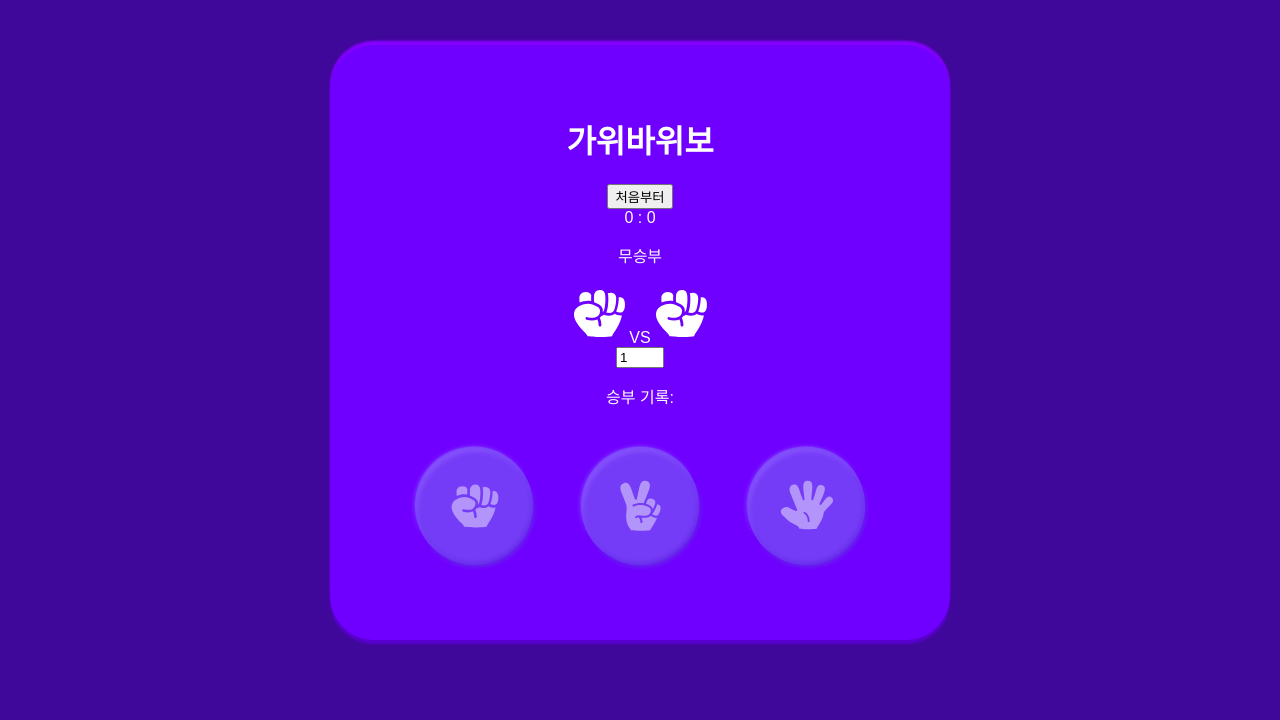
Repository: HI-CLAIRE/s.s.a.f.y_java
Page: / (app in codeit/rock-scissor-paper/)
These files come from the project's save history. The page is drawn as it stood at one moment and after the next save; the edit follows.
The browser window is 1280 px wide. The pictures show the whole page.
The project was rebuilt for these pictures with package versions that can differ from the ones it lists, and the page was loaded fresh each time.

Above is the page before, as saved 2022-12-16 17:48:00.

### codeit/rock-scissor-paper/public/index.html
<!DOCTYPE html>
<html lang="ko">
  <head>
    <meta charset="utf-8" />
    <title>가위바위보</title>
    <style>
      body {
        background-color: #40089a;
        color: #fff;
      }
    </style>
  </head>
  <body>
    <div id="root"></div>
  </body>
</html>

### codeit/rock-scissor-paper/src/App.js
import Button from "./Button";
import HandButton from "./HandButton";
import HandIcon from "./HandIcon";
import { compareHand, generateRandomHand } from "./utils";
import { useState } from "react";
import './App.css';

function getResult(me, other) {
  const comparison = compareHand(me, other);
  if (comparison > 0) return "승리";
  if (comparison < 0) return "패배";
  return "무승부";
}
const INITIAL_VALUE = "rock";

function App() {
  const [hand, setHand] = useState(INITIAL_VALUE);
  const [otherHand, setOtherHand] = useState(INITIAL_VALUE);
  const [gameHistory, setGameHistory] = useState([]); // 기록
  const [score, setScore] = useState(0); // 내 점수
  const [otherScore, setOtherScore] = useState(0); // 상대편 점수
  const [bet, setBet] = useState(1); // 베팅점수

  const handleButtonClick = (nextHand) => {
    const nextOtherHand = generateRandomHand();
    const nextHistoryItem = getResult(hand, otherHand);
    const comparison = compareHand(nextHand, nextOtherHand);

    setHand(nextHand);
    setOtherHand(nextOtherHand);
    setGameHistory([...gameHistory, nextHistoryItem]);
    if (comparison > 0) setScore(score + bet); // 내가 이겼을 때
    if (comparison < 0) setOtherScore(otherScore + bet); // 상대가 이겼을 때
  };

  const handleClearClick = () => {
    setHand(INITIAL_VALUE);
    setOtherHand(INITIAL_VALUE);
    setGameHistory([]);
    setScore(0);
    setOtherScore(0);
    setBet(1);
  };

  // 베팅 핸들러 함수
const handleBetChange = (e) => {
  let num = Number(e.target.value);
  if (num > 9) num %= 10; // 1과 9 사이의 숫자로 만들어 줌
  if (num < 1) num = 1;
  num = Math.floor(num);
  setBet(num);
};

  return (
    <div className="App">
      <div>
        <h1>가위바위보</h1>
      </div>
      <Button onClick={handleClearClick}>처음부터</Button>
      <div>
        {score} : {otherScore}
      </div>
      <p>{getResult(hand, otherHand)}</p>
      <div>
        <HandIcon value={hand} />
        VS
        <HandIcon value={otherHand} />
      </div>
      <div>
        <input
          type="number"
          value={bet}
          min={1}
          max={9}
          onChange={handleBetChange}
        />
      </div>
      <div>
        <p>승부 기록: {gameHistory.join(", ")}</p>
      </div>
      <div>
        <HandButton value="rock" onClick={handleButtonClick} />
        <HandButton value="scissor" onClick={handleButtonClick} />
        <HandButton value="paper" onClick={handleButtonClick} />
      </div>
    </div>
  );
}

export default App;

### codeit/rock-scissor-paper/src/Button.js
function Button({ children, onClick }) {
  return <button onClick={onClick}>{ children }</button>;
}

export default Button;

### codeit/rock-scissor-paper/src/HandButton.js
import HandIcon from "./HandIcon";
import './HandButton.css';

function HandButton({ value, onClick }) {
  const handleClick = () => onClick(value);
  return (
    <button className="HandButton" onClick={handleClick}>
      <HandIcon className="HandButton-icon" value={value} />
    </button>
  );
}

export default HandButton;

### codeit/rock-scissor-paper/src/HandIcon.js
import rockImg from "./assets/rock.svg";
import scissorImg from "./assets/scissor.svg";
import paperImg from "./assets/paper.svg";

const IMAGES = {
  rock: rockImg,
  scissor: scissorImg,
  paper: paperImg,
}

function HandIcon({ className, value }) {
  const src = IMAGES[value];
  return <img className={className} src={src} alt={value} />;
}

export default HandIcon;

### codeit/rock-scissor-paper/src/utils.js
const HANDS = ['rock', 'scissor', 'paper'];

const WINS = {
  rock: 'scissor',
  scissor: 'paper',
  paper: 'rock'
};

// 두 개 비교
export function compareHand(a, b) {
  if(WINS[a] === b)
    return 1;
  if(WINS[b] === a)
    return -1;
  return 0;
}

function random(n) {
  return Math.floor(Math.random() * n);
}

// HANDS 중 random
export function generateRandomHand() {
  const idx = random(HANDS.length);
  return HANDS[idx];
}

### codeit/rock-scissor-paper/src/App.css
.App {
  position: relative;
  width: 100%;
  min-width: 575px;
  max-width: 620px;
  margin: 45px auto;
  padding: 50px;
  border-radius: 44px;
  text-align: center;
  background: #6f00ff;
  background-color: #6f00ff;
  box-shadow: 0 4.2px 2px #5900cc, 0 -4.2px 2px #8500ff;
}

.App-heading {
  margin: 0 0 34px;
  color: #fff;
  font-weight: 700;
  font-size: 30px;
  text-align: center;
  text-shadow: 0 3px 0 #a875e9;
  letter-spacing: 0.19px;
  -webkit-text-stroke: 1px #fff;
}

.App-reset {
  position: absolute;
  top: 48px;
  right: 49px;
  cursor: pointer;
}

.App-box {
  margin: 26px 0 23px;
}

.App-scores>* {
  display: inline-block;
  vertical-align: middle;
}

.App-scores>.App-versus {
  margin: 0 7px;
  color: #fff;
  font-size: 64px;
}

.App-hands>* {
  display: inline-block;
  vertical-align: middle;
}

.App-hands>.App-versus {
  color: #fff;
  font-weight: 700;
  font-size: 22px;
  text-shadow: 0 3px 0 hsla(0, 0%, 87.5%, 0.5);
  letter-spacing: -0.33px;
}

.App-bet {
  margin-top: -15px;
  color: #fff;
  font-size: 17px;
}

.App-bet>* {
  vertical-align: middle;
}

.App-bet>input {
  width: 73px;
  margin: 0 9px;
  padding: 14px 10px;
  border: 2px solid #753cf7;
  border-radius: 10px;
  color: #fff;
  font-size: 17px;
  background-color: #6000db;
}

.App-history {
  margin: 20px 40px 36px;
  padding: 30px 47px;
  border-radius: 19px;
  color: #625f63;
  background-color: #fff;
  box-shadow: 0 3px 8px 0 rgba(89, 72, 112, 0.44), 0 5px 3px rgba(215, 189, 248, 0.65);
}

.App-history>h2 {
  margin: 0;
  color: #6000db;
  font-weight: 700;
  font-size: 16px;
  letter-spacing: -0.24px;
}

* {
  box-sizing: border-box;
  font-family: 'GmarketSansMedium', sans-serif;
}

body {
  background-color: #40089a;
}

### codeit/rock-scissor-paper/src/HandButton.css
.Hand {
  display: inline-block;
  width: 207px;
  height: 207px;
  text-align: center;
  background-image: url('./assets/yellow.svg');
  background-repeat: no-repeat;
  background-position: 50%;
  background-size: contain;
}

.Hand-icon {
  opacity: 0.87;
  width: 70px;
  height: 70px;
  margin: 70px auto 0;
  -webkit-user-select: none;
  -ms-user-select: none;
  user-select: none;
}

.Hand.winner {
  background-image: url('./assets/yellow-win.svg');
}

.HandButton {
  width: 166px;
  height: 166px;
  border: none;
  outline: none;
  text-align: center;
  cursor: pointer;
  background-color: transparent;
  background-image: url('./assets/purple.svg');
  background-repeat: no-repeat;
  background-position: 50%;
  background-size: contain;
}

.HandButton-icon {
  opacity: 0.45;
  width: 55px;
  height: 55px;
}

.HandButton:hover {
  background-image: url('./assets/purple.svg');
}

.HandButton:hover .HandButton-icon {
  opacity: 0.87;
}

Loaded but not shown: codeit/rock-scissor-paper/src/index.js (common file)

After the next save:
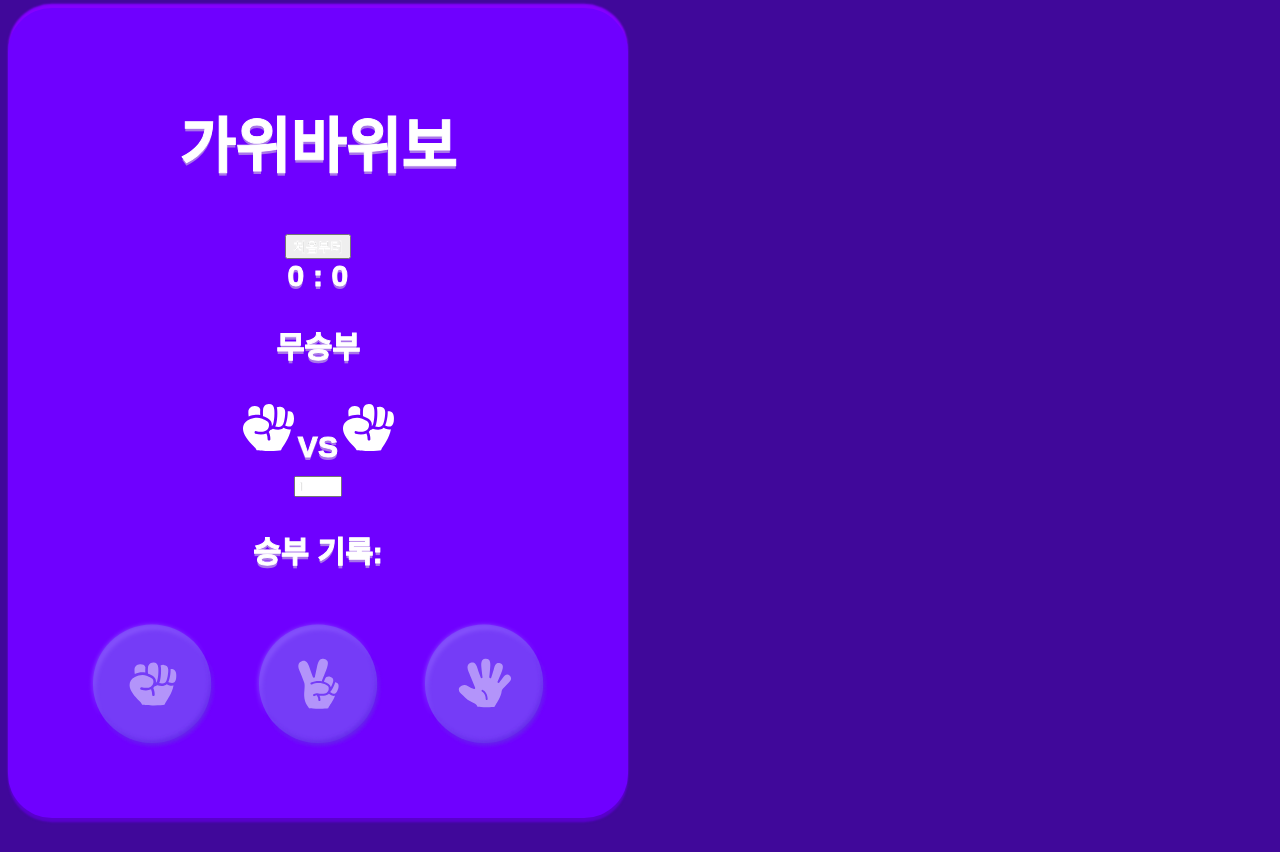
Saved 85 s later.
--- a/codeit/rock-scissor-paper/src/App.js
+++ b/codeit/rock-scissor-paper/src/App.js
@@ -52,7 +52,7 @@
 };
 
   return (
-    <div className="App">
+    <div className="App App-heading">
       <div>
         <h1>가위바위보</h1>
       </div>

After the save that followed:
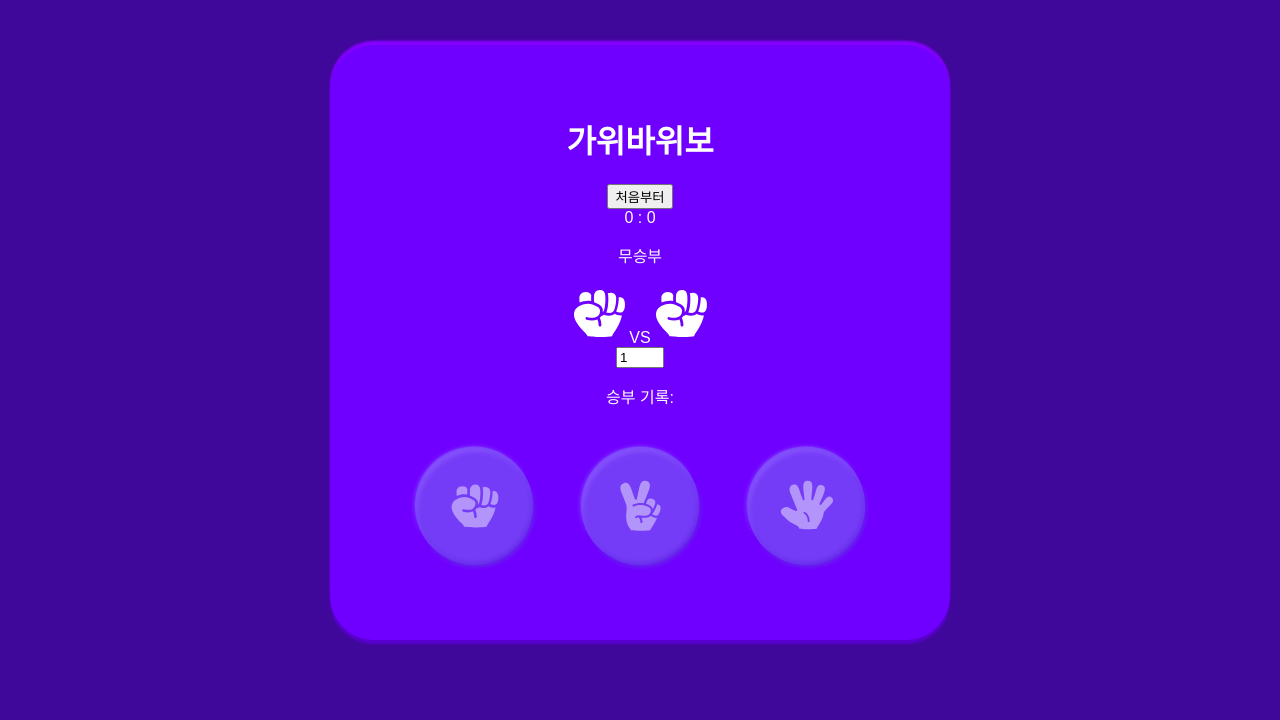
Saved 7 min 39 s later.
--- a/codeit/rock-scissor-paper/src/App.js
+++ b/codeit/rock-scissor-paper/src/App.js
@@ -52,7 +52,7 @@
 };
 
   return (
-    <div className="App App-heading">
+    <div className="App">
       <div>
         <h1>가위바위보</h1>
       </div>
